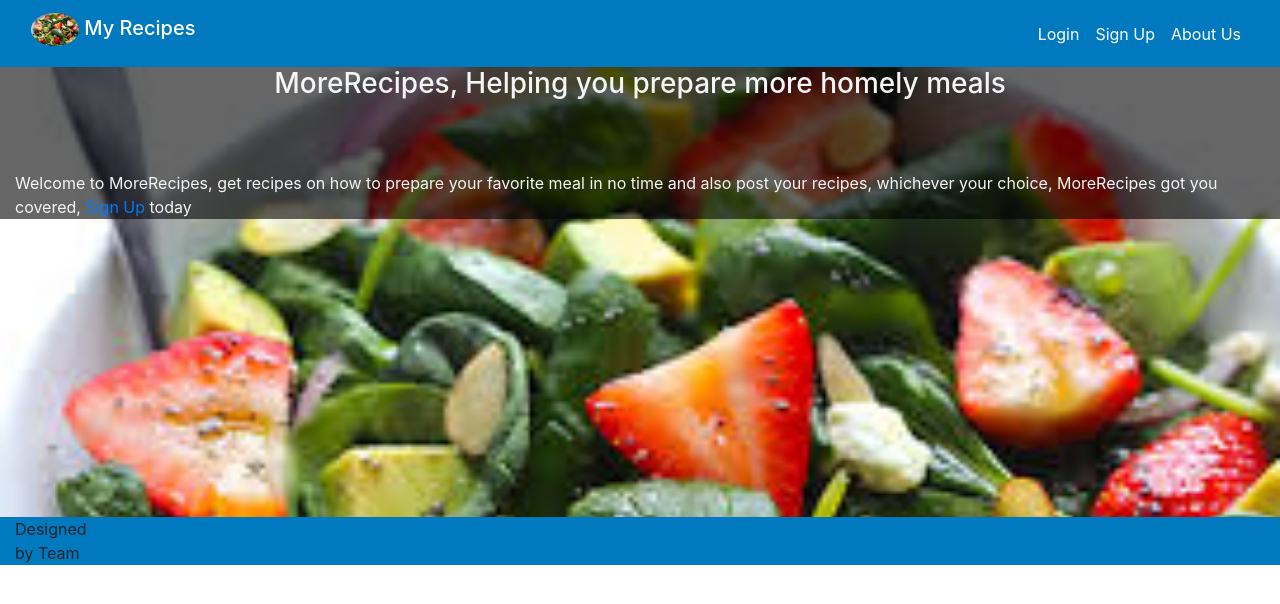
Repository: UggoPrince/more-recipes
Page: html/index.html
An editor plug-in stored every save of this project. The page is shown before and after the next save, followed by the edit.
The browser window is 1280 px wide. The pictures show the whole page.

Above is the page before, as saved 2018-07-30 07:00:06.

After the next save:
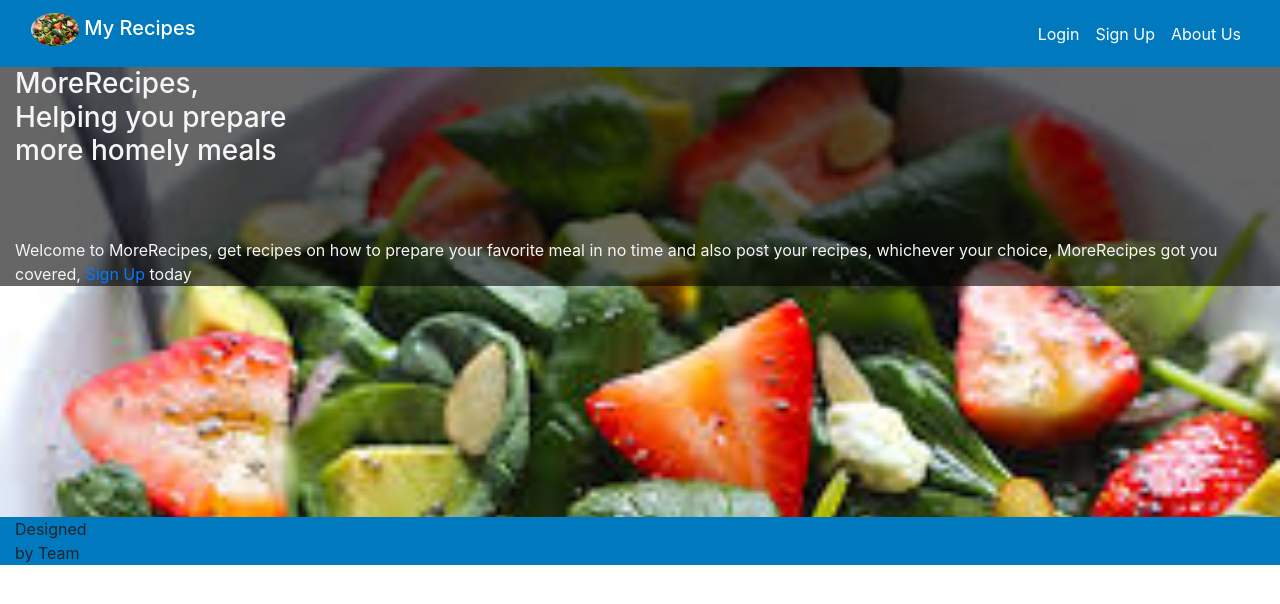
Saved 45 s later.
--- a/html/index.html
+++ b/html/index.html
@@ -54,7 +54,11 @@
   </nav>
   <div id="content">
     <main class="container-fluid">
-      <center><h3>MoreRecipes, Helping you prepare more homely meals</h3></center>
+      <div class="row">
+        <div class="col-3">
+            <h3>MoreRecipes, Helping you prepare more homely meals</h3>
+        </div>
+      </div>
       <div style="padding-top: 5%">
           Welcome to MoreRecipes, get recipes on how to prepare your favorite meal in no time and also post your recipes, whichever your choice, MoreRecipes got you covered, <a href="signup.html">Sign Up</a> today
       </div>
